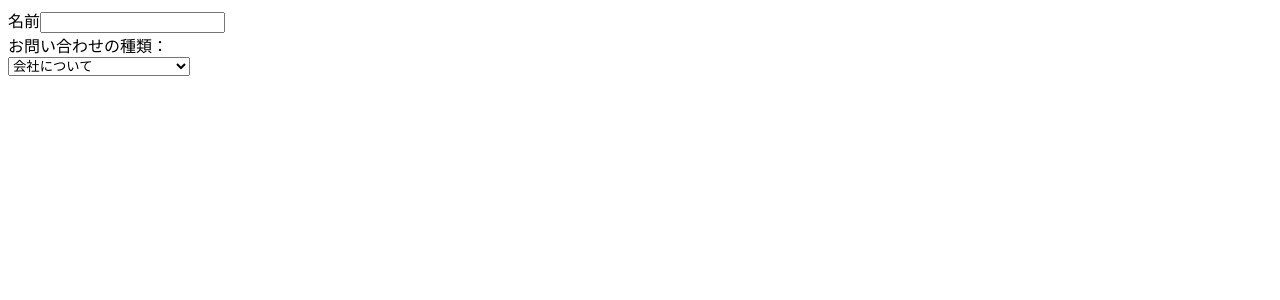
Repository: manchesterunited0128/test
Page: http://localhost/WebProj2/inquiry.jsp
The author's editor kept a copy of each file at every save. The page is drawn from the files as they stood at one save, then again after the next save.
The browser window is 1280 px wide. The pictures show the whole page.
The page is served by Tomcat 9.

Above is the page before, as saved 2019-09-03 04:49:57.

After the next save:
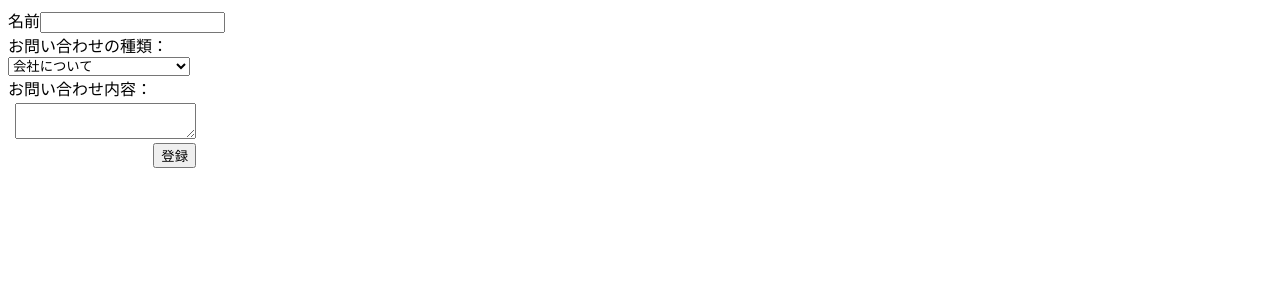
Saved 12 min 55 s later.
--- a/WebProj2/WebContent/inquiry.jsp
+++ b/WebProj2/WebContent/inquiry.jsp
@@ -16,6 +16,10 @@
 			<option value="product">製品について</option>
 			<option value="support">アフターサポートについて</option>
 	</select>
+	<br>
+	お問い合わせ内容：
+	<s:textarea name="body"/>
+	<br><s:submit value="登録"/>
 	</s:form>
 </body>
 </html>
